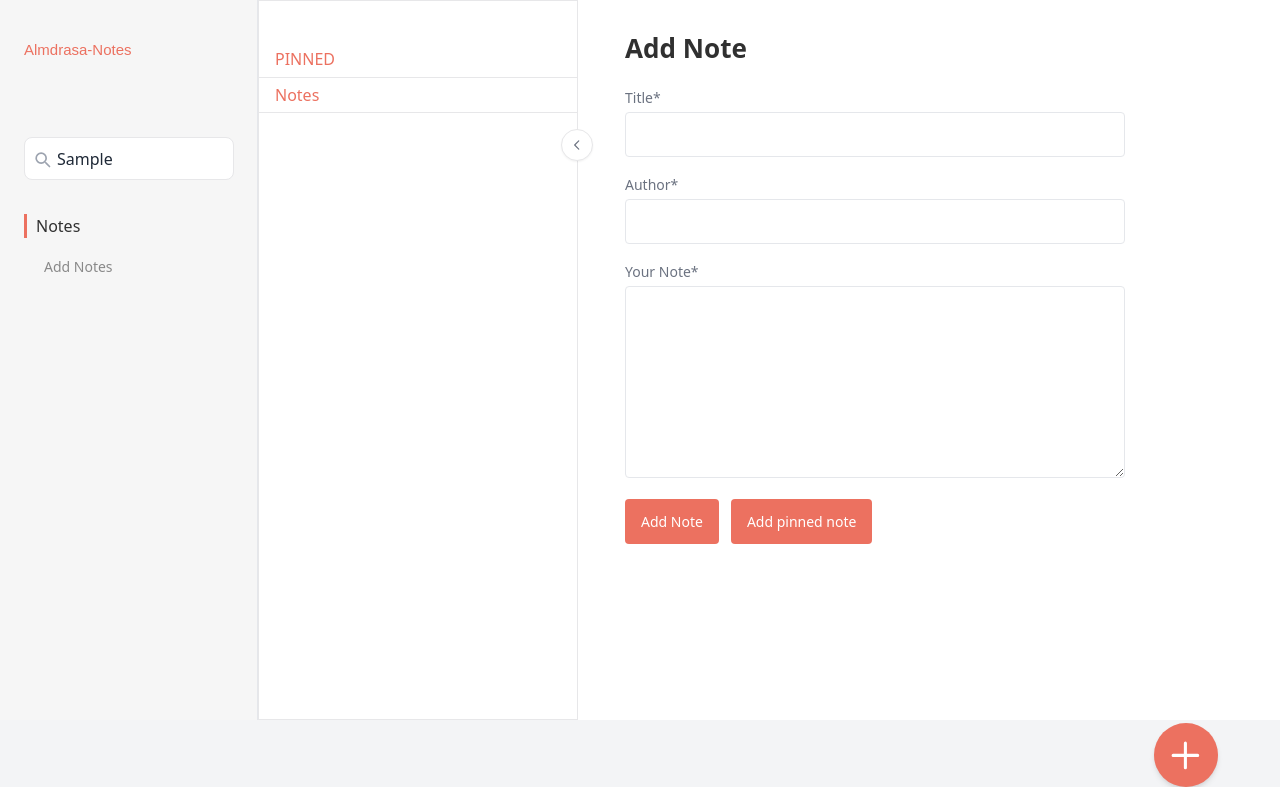
Repository: wafaa399/Note-App
Page: index.html
The author's editor kept a copy of each file at every save. The page is drawn from the files as they stood at one save, then again after the next save.
The browser window is 1280 px wide. The pictures show the whole page.
Empty fields were first filled with sample values (such as "Sample", 5 or name@example.com).
After loading, the first visible `#addNoteFab` was clicked once.
Some web fonts or font styles are not loaded; a fallback is used. Some web libraries are served in a nearby version.

Above is the page before, as saved 2026-07-20 02:45:14.

After the next save:
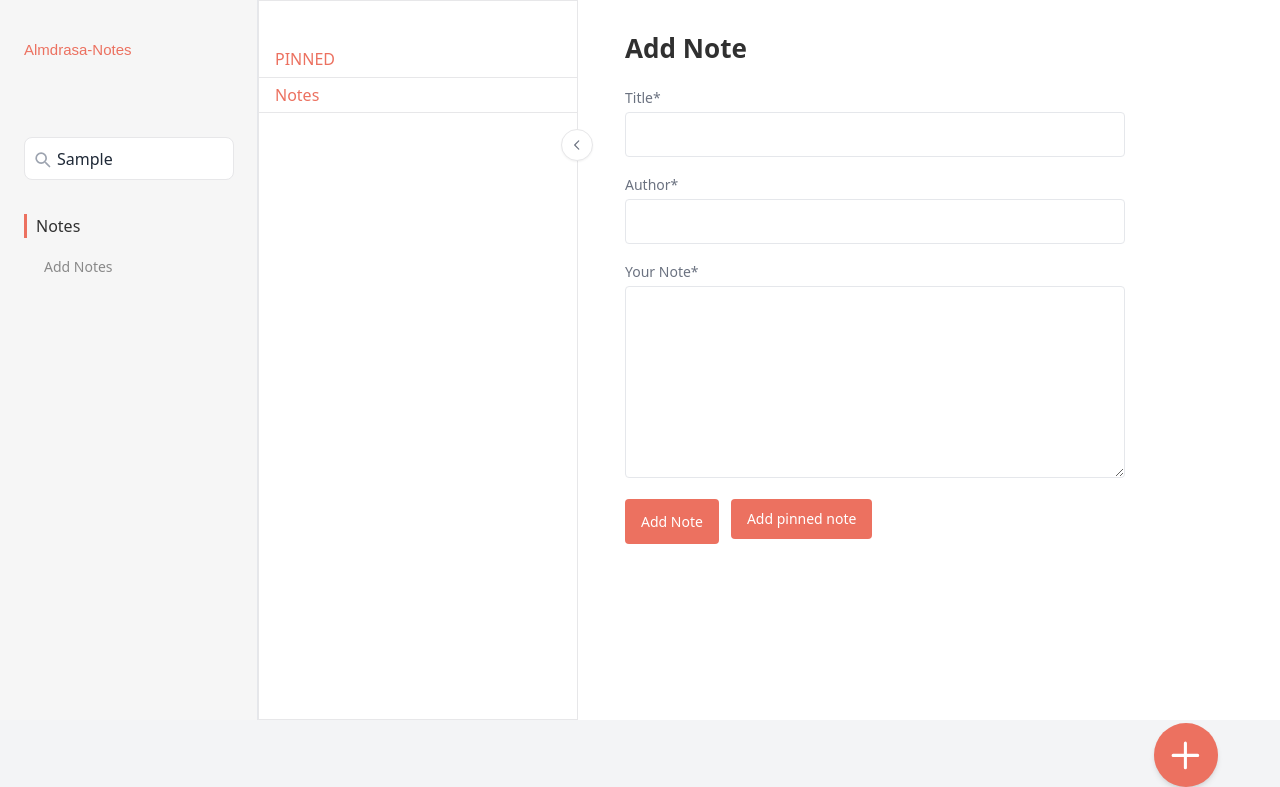
Saved 44 s later.
--- a/src/views/detailsView.js
+++ b/src/views/detailsView.js
@@ -33,7 +33,7 @@ export function renderAddNoteForm({ onSubmit }) {
       </div>
       <div class="flex gap-3">
         <button id="addNoteBtn" class="[9rem] h-[2.8125rem] bg-[#EC7160] text-white px-4 py-2 rounded hover:bg-[#e05f4d]">Add Note</button>
-        <button id="addPinnedBtn" class="bg-[#EC7160] text-white  px-4 py-2 rounded hover:bg-[#e05f4d]">Add pinned note</button>
+        <button id="addPinnedBtn" class=" [8.625rem] h-[2.5rem] bg-[#EC7160] text-white  px-4 py-2 rounded hover:bg-[#e05f4d]">Add pinned note</button>
       </div>
     </div>
   `;
